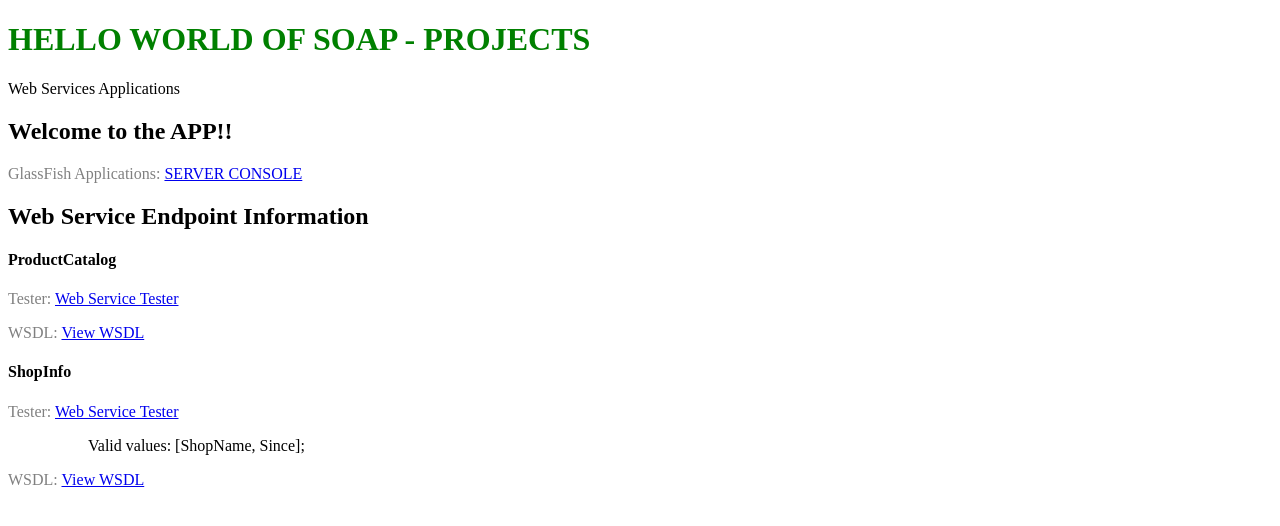
Repository: atafs/BackEnd_JAX-JAX-WS_SOAP
Page: http://localhost/Project_004_SOAP_server_TypesAndBinding/
The author's editor kept a copy of each file at every save. The page is drawn from the files as they stood at one save, then again after the next save.
The browser window is 1280 px wide. The pictures show the whole page.
The page is served by Tomcat 9.

Above is the page before, as saved 2016-01-26 16:37:44.

After the next save:
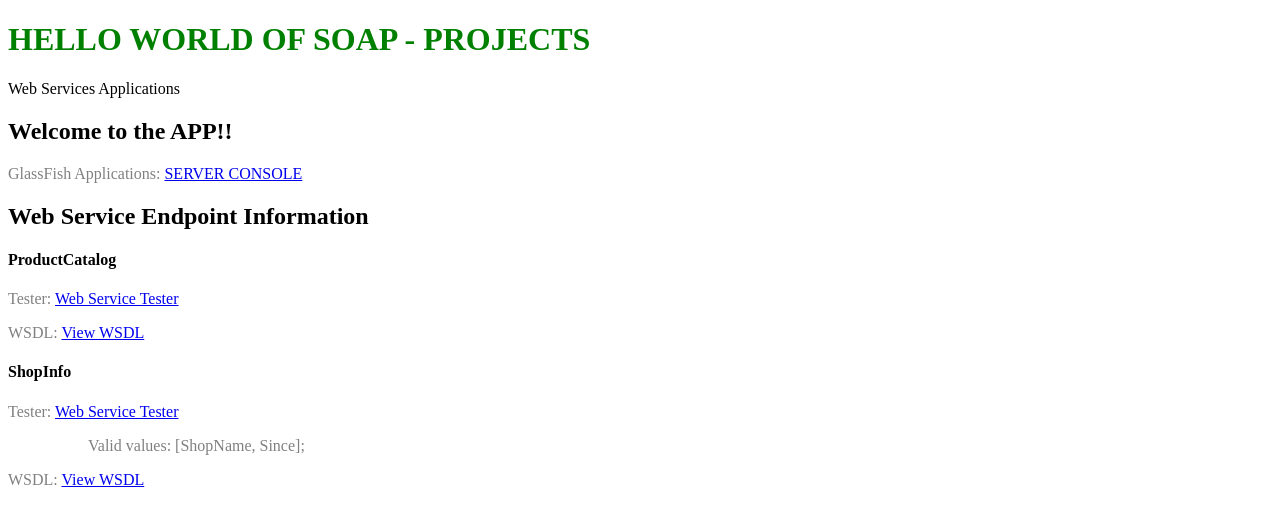
Saved 25 s later.
--- a/Project_004_SOAP_server_TypesAndBinding/WebContent/index.jsp
+++ b/Project_004_SOAP_server_TypesAndBinding/WebContent/index.jsp
@@ -25,7 +25,7 @@
 
 	<h4>ShopInfo</h4>
 	<p style="color:gray;">Tester: <a href="http://atafs:9090/Project_004_SOAP_server_TypesAndBinding/ShopInfoService?Tester">Web Service Tester</a>
-		<p style="text-indent: 5em;">Valid values: [ShopName, Since];</p>
+		<p style="text-indent: 5em; color:gray;">Valid values: [ShopName, Since];</p>
 	</p>
 	<p style="color:gray;">WSDL: <a href="http://atafs:9090/Project_004_SOAP_server_TypesAndBinding/ShopInfoService?wsdl">View WSDL</a></p>
 
